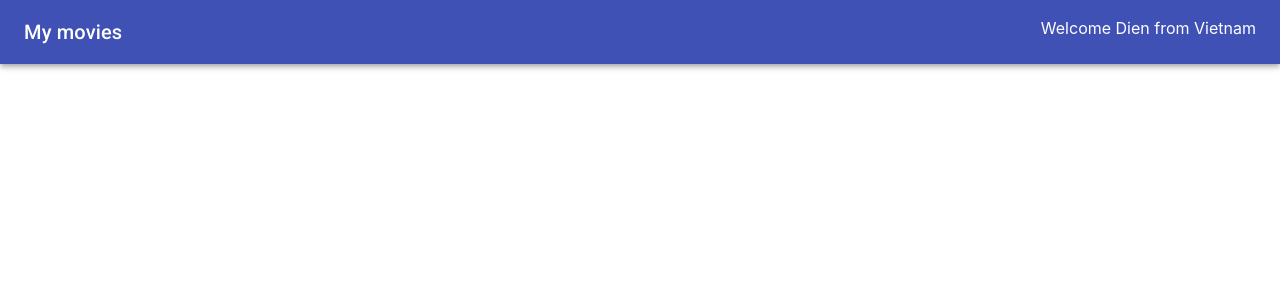
Repository: baodien1405/movie-app
Page: /
These files come from the project's save history. The page is drawn as it stood at one moment and after the next save; the edit follows.
The browser window is 1280 px wide. The pictures show the whole page.
The project was rebuilt for these pictures with package versions that can differ from the ones it lists, and the page was loaded fresh each time. Also part of the build but not shown: src/App.css.

Above is the page before, as saved 2021-06-01 18:15:25.

After the next save:
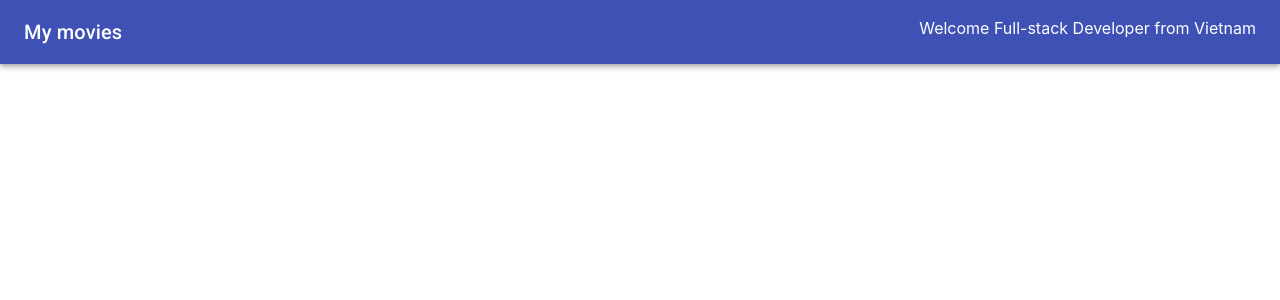
Saved 2 min 40 s later.
--- a/src/components/Navbar/Navbar.component.tsx
+++ b/src/components/Navbar/Navbar.component.tsx
@@ -1,8 +1,9 @@
-import React from 'react';
+import React, {useState} from 'react';
 import { AppBar, Box, Toolbar, Typography } from "@material-ui/core";
 import WelcomeMessage from '../WelcomeMessage/WelcomeMessage.component';
 
 function Navbar() {
+  const [position, setPosition] = useState<string>("Full-stack Developer")
   return (
     <AppBar position="relative" color="primary">
       <Toolbar>
@@ -10,7 +11,7 @@ function Navbar() {
           <Typography variant="h6">My movies</Typography>
 
           <Box textAlign="center">
-            <WelcomeMessage position="Dien" />
+            <WelcomeMessage position={position} />
           </Box>
         </Box>
       </Toolbar>
